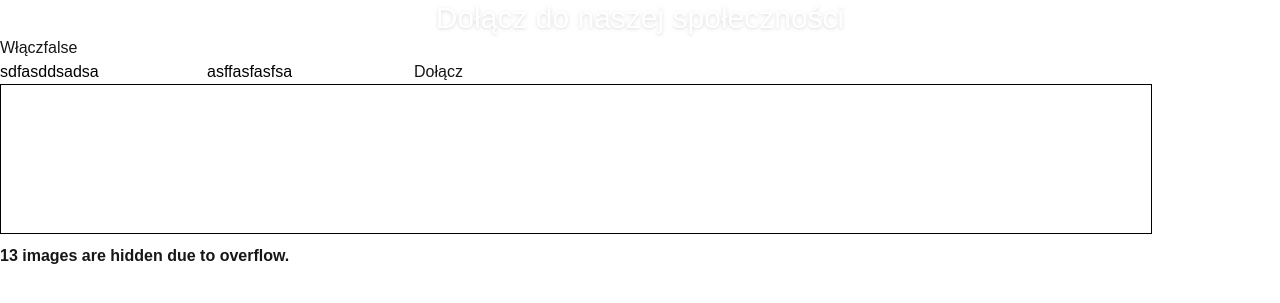
Repository: wesiudev/form-next-example
Page: /overflow-example
These files come from the project's save history. The page is drawn as it stood at one moment and after the next save; the edit follows.
The browser window is 1280 px wide. The pictures show the whole page.
The project was rebuilt for these pictures with package versions that can differ from the ones it lists, and the page was loaded fresh each time. The framework's server and built-in components were replaced by stand-ins that run in the browser. Also part of the build but not shown: next.config.mjs.

Above is the page before, as saved 2024-09-11 01:27:42.

### app/overflow-example/page.tsx
"use client";
import React, { useRef, useState, useEffect } from "react";

const OverflowingCats = () => {
  // Create a reference to the parent div
  const parentRef = useRef(null);

  // State to track how many images are hidden
  const [hiddenImages, setHiddenImages] = useState(0);

  // Array of random cat image URLs
  const catImages = [
    "https://cataas.com/cat",
    "https://cataas.com/cat",
    "https://cataas.com/cat",
    "https://cataas.com/cat",
    "https://cataas.com/cat",
    "https://cataas.com/cat",
    "https://cataas.com/cat",
    "https://cataas.com/cat",
    "https://cataas.com/cat",
    "https://cataas.com/cat",
    "https://cataas.com/cat",
    "https://cataas.com/cat",
    "https://cataas.com/cat",
    // Add more URLs as needed
  ];

  // Function to detect which images cause overflow
  const detectOverflow = () => {
    const parentElement: any = parentRef.current;
    if (parentElement) {
      const children: any = Array.from(parentElement.children);
      let hiddenCount = 0;

      // Loop through each image and detect if it's overflowing
      for (let i = 0; i < children.length; i++) {
        const img = children[i];

        // Check if the image's bottom or right edge is outside the parent
        if (
          img.offsetTop + img.offsetHeight > parentElement.clientHeight ||
          img.offsetLeft + img.offsetWidth > parentElement.clientWidth
        ) {
          hiddenCount = catImages.length - i;
          break;
        }
      }

      setHiddenImages(hiddenCount);
    }
  };

  // useEffect to detect overflow after rendering and when resizing
  useEffect(() => {
    detectOverflow(); // Run on mount

    // Handle window resize to recalculate
    const handleResize = () => {
      detectOverflow();
    };

    window.addEventListener("resize", handleResize);

    // Cleanup event listener on unmount
    return () => {
      window.removeEventListener("resize", handleResize);
    };
  }, []);

  return (
    <div>
      <div
        ref={parentRef}
        style={{
          width: "90%",
          height: "150px",
          overflow: "hidden",
          border: "1px solid black",
          display: "flex",
          flexWrap: "wrap",
        }}
      >
        {/* Render cat images */}
        {catImages.map((imgSrc, index) => (
          <>
            {index >= catImages.length - hiddenImages ? null : (
              <img
                key={index}
                src={imgSrc}
                alt={`Cat ${index}`}
                style={{
                  width: "auto",
                  height: "150px",
                }}
              />
            )}
          </>
        ))}
      </div>

      {/* Display number of hidden images if there are any */}
      {hiddenImages > 0 && (
        <div style={{ marginTop: "10px", fontWeight: "bold" }}>
          {hiddenImages} image{hiddenImages > 1 ? "s" : ""} are hidden due to
          overflow.
        </div>
      )}
    </div>
  );
};

export default OverflowingCats;

### components/Form.tsx
"use client";
import { useState } from "react";
type UserData = {
  fName: string;
  sName: string;
};
export default function Form() {
  const [userData, setUserData] = useState<UserData>({
    fName: "sdfasddsadsa",
    sName: "asffasfasfsa",
  });
  const [isOpen, setOpen] = useState<boolean>(false);
  function sendForm({ fName, sName }: UserData) {
    console.log(`imię: ${fName} nazwisko: ${sName}`);
  }
  return (
    <div>
      <h1 className="text-3xl w-max mx-auto text-white drop-shadow shadow-black">
        Dołącz do naszej społeczności
      </h1>
      <button onClick={() => setOpen(!isOpen)}>Włącz</button>
      {isOpen.toString()}
      <form
        onSubmit={(e: React.FormEvent<HTMLFormElement>) => {
          e.preventDefault();
          sendForm(userData);
        }}
      >
        <input
          className="text-black"
          type="text"
          value={userData.fName}
          onChange={(e: React.ChangeEvent<HTMLInputElement>) =>
            setUserData({ ...userData, fName: e.target.value })
          }
        />
        <input
          className="text-black"
          type="text"
          value={userData.sName}
          onChange={(e: React.ChangeEvent<HTMLInputElement>) =>
            setUserData({ ...userData, sName: e.target.value })
          }
        />
        <button type="submit">Dołącz</button>
      </form>
    </div>
  );
}

Loaded but not shown: app/layout.tsx (common file); app/globals.css (common file); tailwind.config.ts (common file)

After the next save:
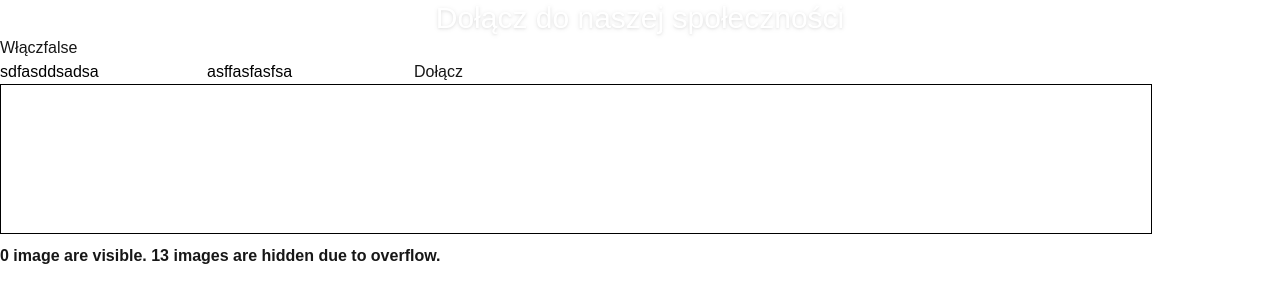
Saved 2 min 3 s later.
--- a/app/overflow-example/page.tsx
+++ b/app/overflow-example/page.tsx
@@ -5,8 +5,9 @@ const OverflowingCats = () => {
   // Create a reference to the parent div
   const parentRef = useRef(null);
 
-  // State to track how many images are hidden
+  // State to track how many images are hidden and visible
   const [hiddenImages, setHiddenImages] = useState(0);
+  const [visibleImages, setVisibleImages] = useState(0);
 
   // Array of random cat image URLs
   const catImages = [
@@ -28,26 +29,34 @@ const OverflowingCats = () => {
 
   // Function to detect which images cause overflow
   const detectOverflow = () => {
-    const parentElement: any = parentRef.current;
+    const parentElement = parentRef.current;
+
     if (parentElement) {
-      const children: any = Array.from(parentElement.children);
+      const children = Array.from(parentElement.children); // All image elements inside the parent
       let hiddenCount = 0;
+      let visibleCount = 0;
+      let parentRect = parentElement.getBoundingClientRect(); // Get parent bounding box
 
       // Loop through each image and detect if it's overflowing
       for (let i = 0; i < children.length; i++) {
         const img = children[i];
+        const imgRect = img.getBoundingClientRect(); // Get each image's bounding box
 
-        // Check if the image's bottom or right edge is outside the parent
+        // Check if the image is within the parent's visible boundaries
         if (
-          img.offsetTop + img.offsetHeight > parentElement.clientHeight ||
-          img.offsetLeft + img.offsetWidth > parentElement.clientWidth
+          imgRect.bottom > parentRect.bottom || // Image bottom is below the parent's bottom
+          imgRect.right > parentRect.right // Image right is beyond the parent's right
         ) {
           hiddenCount = catImages.length - i;
           break;
+        } else {
+          visibleCount = i + 1; // Track visible images count
         }
       }
 
+      // Set the hidden and visible image counts
       setHiddenImages(hiddenCount);
+      setVisibleImages(visibleCount);
     }
   };
 
@@ -66,7 +75,7 @@ const OverflowingCats = () => {
     return () => {
       window.removeEventListener("resize", handleResize);
     };
-  }, []);
+  }, [catImages.length]);
 
   return (
     <div>
@@ -99,13 +108,16 @@ const OverflowingCats = () => {
         ))}
       </div>
 
-      {/* Display number of hidden images if there are any */}
-      {hiddenImages > 0 && (
-        <div style={{ marginTop: "10px", fontWeight: "bold" }}>
-          {hiddenImages} image{hiddenImages > 1 ? "s" : ""} are hidden due to
-          overflow.
-        </div>
-      )}
+      {/* Display number of visible and hidden images */}
+      <div style={{ marginTop: "10px", fontWeight: "bold" }}>
+        {visibleImages} image{visibleImages > 1 ? "s" : ""} are visible.{" "}
+        {hiddenImages > 0 && (
+          <>
+            {hiddenImages} image{hiddenImages > 1 ? "s" : ""} are hidden due to
+            overflow.
+          </>
+        )}
+      </div>
     </div>
   );
 };
